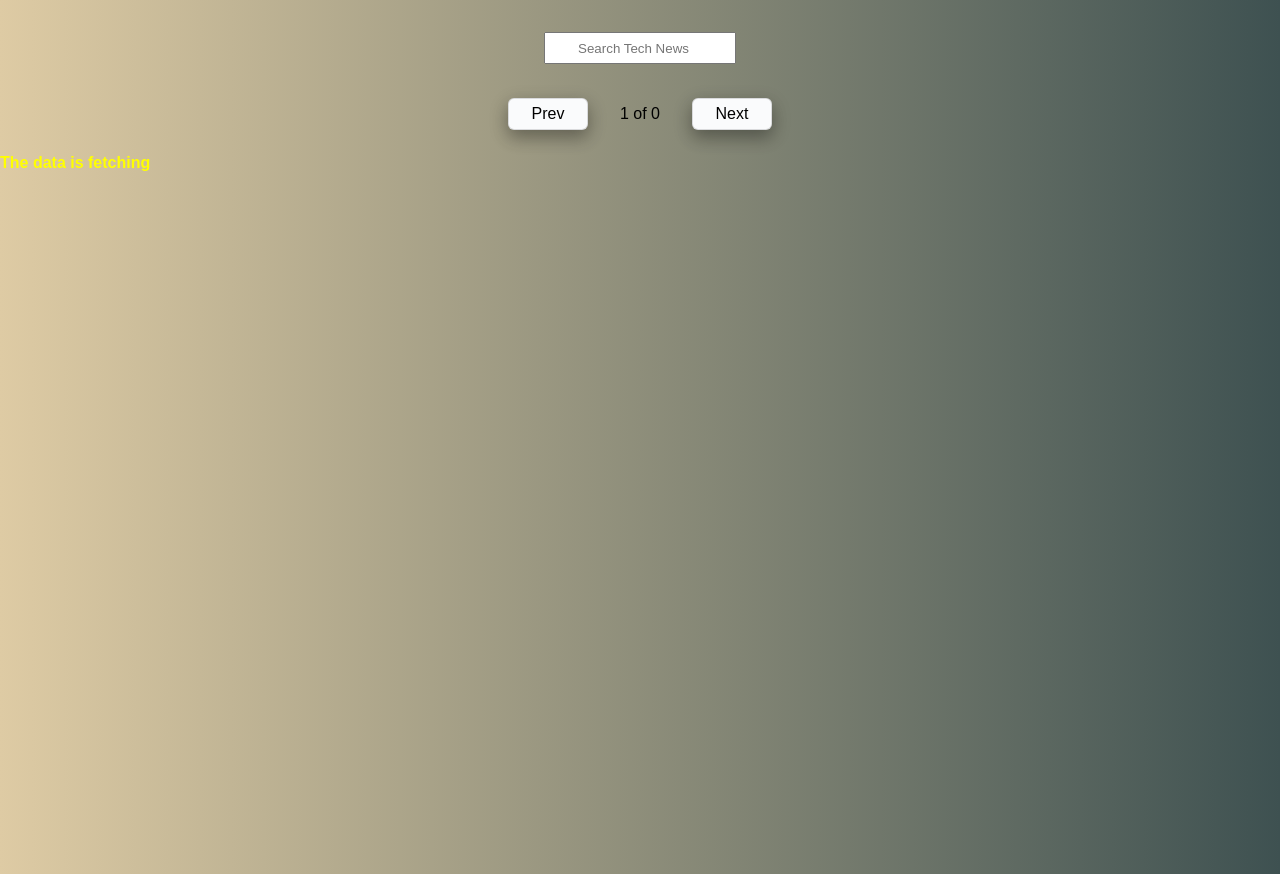
Repository: suraj-yadav7/TechNews
Page: /
The author's editor kept a copy of each file at every save. The page is drawn from the files as they stood at one save, then again after the next save.
The browser window is 1280 px wide. The pictures show the whole page.
The page's requests for data from a server got no answer. The project was rebuilt for these pictures with package versions that can differ from the ones it lists, and the page was loaded fresh each time. No one was signed in, and anything a server would have sent is missing.

Above is the page before, as saved 2023-04-28 10:55:28.

### src/index.js
import React from 'react';
import ReactDOM from 'react-dom/client';
import App from './App';
import { AppProvider } from './context';

const root = ReactDOM.createRoot(document.getElementById('root'));
root.render(
  <React.StrictMode>
    <AppProvider>
    <App />
    </AppProvider>
  </React.StrictMode>
);

### src/App.js
import './App.css';
import Search from './components/Search';
import Stories from './components/Stories';

function App() {
  return (
      <>
      <Search/>
      <Stories />
      </>
  );
}

export default App;

### src/context.jsx
import {useContext, createContext, useEffect, useReducer} from "react"
import {reducer} from './reducer'

const AppContext = createContext();
let api = "https://hn.algolia.com/api/v1/search?";
const initial = {
    hits:[],
    page:0,
    nbPages:0,
    query:"",
    isLoading:true
}

const AppProvider = ({children})=>{

    const [state, dispatch] = useReducer(reducer, initial)

    const fetchApiData = async(url)=>{
        dispatch({
            type:"loadingData",
        })
        try{
            let fetchApi = await fetch(url)
            let data = await fetchApi.json()
            console.log(data)
            dispatch({
                type:"Get_Update",
                payload:{
                    hitNews:data.hits,
                    pg:data.page,
                    nbPg: data.nbPages
                }
            })
        }
        catch(error){
            console.log(error)
        }
        }

        //removing post
        const removePost = (objectID) =>{
                    dispatch({
                        type:"remove_post",
                        payload: objectID
                    })
        }

    //Search Post
    const searchPost = ((searchVal)=>{
        // searchVal.preventDefault()
        dispatch({
        type:"SEARCH_POST",
        payload: searchVal
        })
    })

    //Previous Page
    const prevPage=()=>{
        dispatch({
            type:"PREV_PAGE"
        })
    }
    const nextPage=()=>{
        dispatch({
            type:"NEXT_PAGE"
        })
    }
    useEffect(()=>{
         fetchApiData(`${api}query=${state.query}&&page=${state.page}`)

    },[state.query, state.page])


    return(
        <AppContext.Provider value= {{...state, removePost, searchPost,prevPage,nextPage}} >{children}</AppContext.Provider>
    )
};

//Custom hook to provide appContext and useContext

const useGlobalContext = ()=>{
    return useContext(AppContext)
}
export {AppContext,AppProvider, useGlobalContext}

### src/App.css
*{
  margin: 0;
  padding: 0;
  box-sizing: border-box;
  font-family:  sans-serif;
}

/* Search Div*/
.searchMain{
  display: flex;
  flex-direction: column;
  align-items: center;
  justify-content: center;
  gap:10px;
  background-image: linear-gradient(to right, #DECBA4, #3E5151);

}
.searchInput{
  margin-top: 2rem ;
  width: 12rem;
  height: 2rem;
  text-align: center;
}
.pagination{
  margin: 0.5rem 0;
}
.pagination> button{
  width: 5rem;
  height: 2rem;
  font-size: 1rem;
  margin: 1rem 2rem;
  background-color: #FAFBFC;
  border: 1px solid rgba(27, 31, 35, 0.15);
  border-radius: 6px;
  box-shadow: 0 8px 16px 0 rgba(0,0,0,0.2), 0 6px 20px 0 rgba(0,0,0,0.19);
  cursor: pointer;
}
.pagination>button:hover {
  border-color: #646cff;
}


/* Stories */
.parentStory{
  display: flex;
  align-items: center;
  justify-content: center;
  flex-direction: column;
  gap: 1rem;
  background-image: linear-gradient(to right, #DECBA4, #3E5151);


}

.stories{
  width: 50%;
  height: 12rem;
  display: flex;
  background-image: linear-gradient(to right, #434343 0%, black 100%);
  align-items: center;
  justify-content: center;
  flex-direction: column;
  color: white;
  text-align: center;
}
.stories> h3,p{
  margin: 1rem 0;
  /* padding-bottom: 4rem; */
  padding: 0 2rem;
  margin-bottom: 1.2rem;
}
.storiesButton{
  height: 2rem;
  display: flex;
  align-items: center;
  margin:0.5rem ;
}
.storiesButton >button, a>button{
  margin:0 5rem;
  border: 1px solid blue;
  background-color: aliceblue;
  color: black;
  border-radius: 10px;
  height: 2rem;
  width: 6rem;
  text-align:center;
  font-size: medium;
  box-shadow: 0 8px 16px 0 rgba(0,0,0,0.2), 0 6px 20px 0 rgba(0,0,0,0.19);
  cursor: pointer;
}
.storiesButton >button, a>button:hover {
  border-color: #646cff;
}

### src/components/Search.jsx
import React from 'react'
import { useGlobalContext } from '../context'

const Search = () => {
  const { query, searchPost, prevPage, nextPage, nbPages, page } = useGlobalContext()
  return (
    <>
      <div className='searchMain'>
        <div className='formContainer'>
          <form onSubmit={(e) => e.preventDefault()}>
            <input className='searchInput' type="search" placeholder='Search Tech News' value={query} onChange={(e) => searchPost(e.target.value)}></input>
          </form>
        </div>
        <div className='pagination'>
          <button onClick={prevPage} >Prev</button>
          <span>{page + 1} of {nbPages}</span>
          <button onClick={nextPage} >Next</button>
        </div>
      </div>
    </>
  )
}

export default Search

### src/components/Stories.jsx
import React from 'react'
import { useGlobalContext } from '../context'

const Stories = () => {
  const { hits, isLoading, removePost } = useGlobalContext()



  if (isLoading) {
    return (
  <div className="Loading" style={{ color:"yellow", height:"100vh",backgroundImage: "linear-gradient(to right, #DECBA4, #3E5151)"}}>
        <h4>The data is fetching</h4>
      </div>
    )
  }
  return (
    <>
      <div className='parentStory'>
        <h2>Latest Tech News</h2>
        {hits?.map((story) => {
          const { objectID } = story
          return (
            <>
              <div className='stories' key={objectID}>
                <h3>{story.title}</h3>
                <p>by <span>{story.author}</span>  | <span>comment: {story.num_comments} </span></p>
                  <div className="storiesButton">
                  <a href={story.url} target='_blank' rel="noreferrer"><button >Read More</button></a>
                  <button onClick={() => removePost(objectID)} >Remove</button>
                </div>
              </div>
            </>)
        })}
      </div>
    </>
  )
}

export default Stories

### src/reducer.jsx

const reducer = (state,action) =>{
    switch(action.type){
        case"loadingData" : return{
            ...state,
            isLoading: true

        } ;
        case "Get_Update":
            return{
                ...state,
                isLoading:false,
                hits:action.payload.hitNews,
                nbPages:action.payload.nbPg
            }

        case "remove_post":
            return{
                ...state, hits: state.hits.filter((post)=> post.objectID !== action.payload)
            }

        case "SEARCH_POST":
            return{
                    ...state, query: action.payload
            }

        case "PREV_PAGE":
            let pageNum=state.page-1
            if(pageNum<=0){
                pageNum=0
            }
            return{
                 ...state,
                    page:pageNum
                }


        case "NEXT_PAGE":
            let pageNum2= state.page+1
            if(pageNum2>=50){
                pageNum2=0
            }

            return{
                ...state,
                page:pageNum2
            }

    }
    return state
}
export {reducer};

Loaded but not shown: public/index.html (common file)

After the next save:
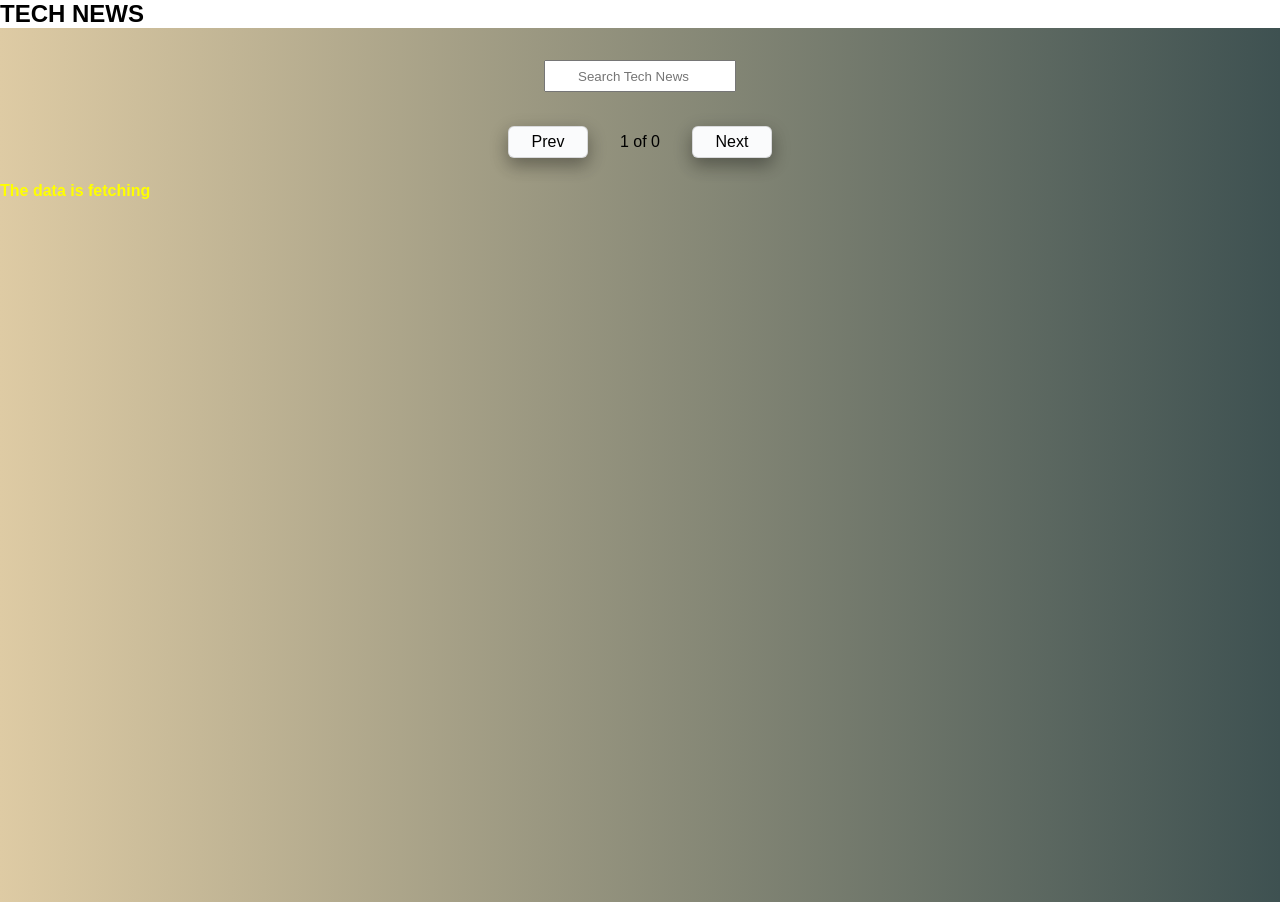
Saved 109 s later.
--- a/src/components/Search.jsx
+++ b/src/components/Search.jsx
@@ -5,6 +5,9 @@ const Search = () => {
   const { query, searchPost, prevPage, nextPage, nbPages, page } = useGlobalContext()
   return (
     <>
+    <nav className='navbar'>
+      <h1>TECH NEWS</h1>
+    </nav>
       <div className='searchMain'>
         <div className='formContainer'>
           <form onSubmit={(e) => e.preventDefault()}>
